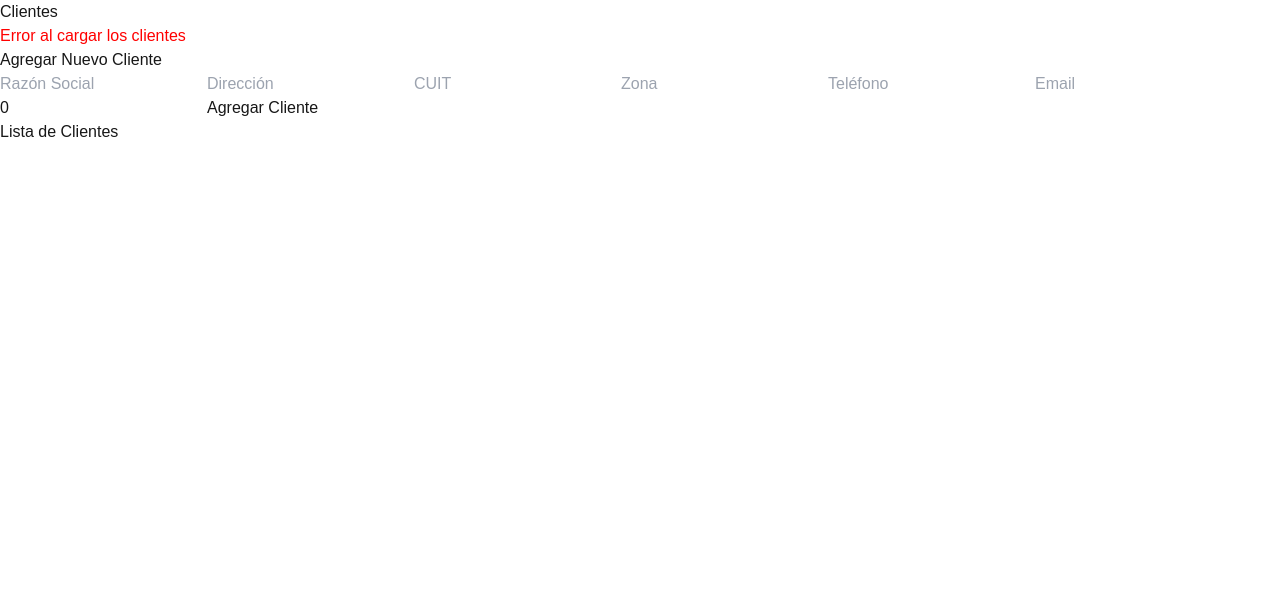
Repository: manucavallera/Sistema-Gestion
Page: /clientes
An editor plug-in stored every save of this project. The page is shown before and after the next save, followed by the edit.
The browser window is 1280 px wide. The pictures show the whole page.
The page's requests for data from a server got no answer. The project was rebuilt for these pictures with package versions that can differ from the ones it lists, and the page was loaded fresh each time. The framework's server and built-in components were replaced by stand-ins that run in the browser. No one was signed in, and anything a server would have sent is missing. Also part of the build but not shown: next.config.mjs.

Above is the page before, as saved 2024-11-12 17:43:05.

### src/app/clientes/page.tsx
"use client";
import { useEffect, useState } from "react";
import { useRouter } from "next/router";

interface Cliente {
  id: number;
  razonSocial: string;
  direccion: string;
  cuit: string;
  zona: string;
  telefono?: string;
  email?: string;
  saldo: number;
}

const ClientesPage = () => {
  const [clientes, setClientes] = useState<Cliente[]>([]);
  const [clienteActual, setClienteActual] = useState<Partial<Cliente> | null>(
    null
  );
  const [error, setError] = useState<string | null>(null);
  const router = useRouter();

  // Función para obtener la lista de clientes
  const fetchClientes = async () => {
    try {
      const response = await fetch("/api/clientes");
      if (!response.ok) {
        throw new Error("Error al obtener clientes");
      }
      const data = await response.json();
      setClientes(data);
    } catch (error) {
      console.error(error);
      setError("Error al cargar los clientes");
    }
  };

  // Efecto para cargar los clientes al montar el componente
  useEffect(() => {
    fetchClientes();
  }, []);

  // Función para manejar el envío del formulario
  const handleSubmit = async (e: React.FormEvent) => {
    e.preventDefault();
    setError(null);

    try {
      const method = clienteActual?.id ? "PUT" : "POST";
      const url = clienteActual?.id
        ? `/api/clientes/${clienteActual.id}`
        : "/api/clientes";

      const response = await fetch(url, {
        method,
        headers: {
          "Content-Type": "application/json",
        },
        body: JSON.stringify(clienteActual),
      });

      if (!response.ok) {
        const errorData = await response.json();
        throw new Error(errorData.error || "Error al guardar el cliente");
      }

      const clienteGuardado = await response.json();
      if (method === "POST") {
        setClientes([...clientes, clienteGuardado]); // Agregar el nuevo cliente a la lista
      } else {
        // Actualizar el cliente existente en la lista
        setClientes(
          clientes.map((cliente) =>
            cliente.id === clienteGuardado.id ? clienteGuardado : cliente
          )
        );
      }

      setClienteActual(null); // Reiniciar el formulario
    } catch (error) {
      console.error(error);
      setError(error.message);
    }
  };

  // Función para eliminar un cliente
  const eliminarCliente = async (id: number) => {
    if (confirm("¿Estás seguro de que deseas eliminar este cliente?")) {
      try {
        const response = await fetch(`/api/clientes/${id}`, {
          method: "DELETE",
        });

        if (!response.ok) {
          const errorData = await response.json();
          throw new Error(errorData.error || "Error al eliminar el cliente");
        }

        setClientes(clientes.filter((cliente) => cliente.id !== id)); // Actualizar la lista de clientes
      } catch (error) {
        console.error(error);
        setError(error.message);
      }
    }
  };

  // Función para editar un cliente
  const editarCliente = (cliente: Cliente) => {
    setClienteActual(cliente);
  };

  return (
    <div>
      <h1>Clientes</h1>
      {error && <p style={{ color: "red" }}>{error}</p>}

      <h2>{clienteActual ? "Editar Cliente" : "Agregar Nuevo Cliente"}</h2>
      <form onSubmit={handleSubmit}>
        <input
          type='text'
          placeholder='Razón Social'
          value={clienteActual?.razonSocial || ""}
          onChange={(e) =>
            setClienteActual({ ...clienteActual, razonSocial: e.target.value })
          }
          required
        />
        <input
          type='text'
          placeholder='Dirección'
          value={clienteActual?.direccion || ""}
          onChange={(e) =>
            setClienteActual({ ...clienteActual, direccion: e.target.value })
          }
          required
        />
        <input
          type='text'
          placeholder='CUIT'
          value={clienteActual?.cuit || ""}
          onChange={(e) =>
            setClienteActual({ ...clienteActual, cuit: e.target.value })
          }
          required
        />
        <input
          type='text'
          placeholder='Zona'
          value={clienteActual?.zona || ""}
          onChange={(e) =>
            setClienteActual({ ...clienteActual, zona: e.target.value })
          }
          required
        />
        <input
          type='text'
          placeholder='Teléfono'
          value={clienteActual?.telefono || ""}
          onChange={(e) =>
            setClienteActual({ ...clienteActual, telefono: e.target.value })
          }
        />
        <input
          type='email'
          placeholder='Email'
          value={clienteActual?.email || ""}
          onChange={(e) =>
            setClienteActual({ ...clienteActual, email: e.target.value })
          }
        />
        <input
          type='number'
          placeholder='Saldo'
          value={clienteActual?.saldo || 0}
          onChange={(e) =>
            setClienteActual({
              ...clienteActual,
              saldo: Number(e.target.value),
            })
          }
          required
        />
        <button type='submit'>
          {clienteActual ? "Actualizar Cliente" : "Agregar Cliente"}
        </button>
      </form>

      <h2>Lista de Clientes</h2>
      <ul>
        {clientes.map((cliente) => (
          <li key={cliente.id}>
            {cliente.razonSocial} - {cliente.direccion}
            <button onClick={() => editarCliente(cliente)}>Editar</button>
            <button onClick={() => eliminarCliente(cliente.id)}>
              Eliminar
            </button>
          </li>
        ))}
      </ul>
    </div>
  );
};

export default ClientesPage;

Loaded but not shown: src/app/layout.tsx (common file); src/app/globals.css (common file); tailwind.config.ts (common file)

After the next save:
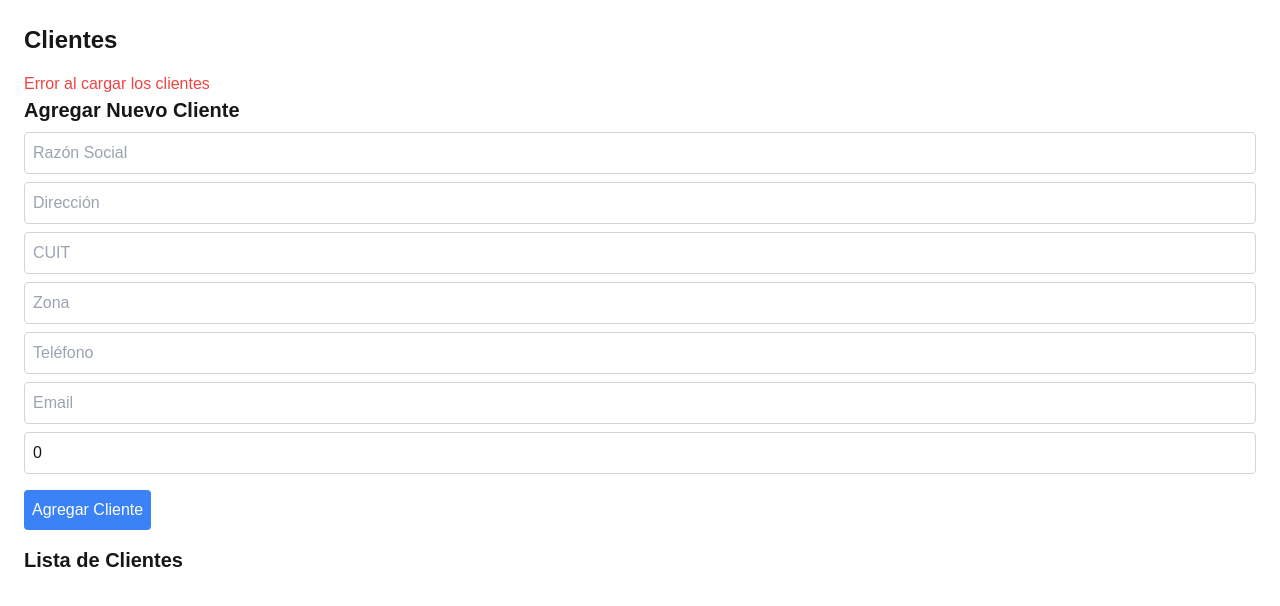
Saved 2 min 4 s later.
--- a/src/app/clientes/page.tsx
+++ b/src/app/clientes/page.tsx
@@ -21,7 +21,6 @@ const ClientesPage = () => {
   const [error, setError] = useState<string | null>(null);
   const router = useRouter();
 
-  // Función para obtener la lista de clientes
   const fetchClientes = async () => {
     try {
       const response = await fetch("/api/clientes");
@@ -36,12 +35,10 @@ const ClientesPage = () => {
     }
   };
 
-  // Efecto para cargar los clientes al montar el componente
   useEffect(() => {
     fetchClientes();
   }, []);
 
-  // Función para manejar el envío del formulario
   const handleSubmit = async (e: React.FormEvent) => {
     e.preventDefault();
     setError(null);
@@ -67,9 +64,8 @@ const ClientesPage = () => {
 
       const clienteGuardado = await response.json();
       if (method === "POST") {
-        setClientes([...clientes, clienteGuardado]); // Agregar el nuevo cliente a la lista
+        setClientes([...clientes, clienteGuardado]);
       } else {
-        // Actualizar el cliente existente en la lista
         setClientes(
           clientes.map((cliente) =>
             cliente.id === clienteGuardado.id ? clienteGuardado : cliente
@@ -77,14 +73,13 @@ const ClientesPage = () => {
         );
       }
 
-      setClienteActual(null); // Reiniciar el formulario
+      setClienteActual(null);
     } catch (error) {
       console.error(error);
-      setError(error.message);
+      setError(error instanceof Error ? error.message : "Error desconocido");
     }
   };
 
-  // Función para eliminar un cliente
   const eliminarCliente = async (id: number) => {
     if (confirm("¿Estás seguro de que deseas eliminar este cliente?")) {
       try {
@@ -97,26 +92,27 @@ const ClientesPage = () => {
           throw new Error(errorData.error || "Error al eliminar el cliente");
         }
 
-        setClientes(clientes.filter((cliente) => cliente.id !== id)); // Actualizar la lista de clientes
+        setClientes(clientes.filter((cliente) => cliente.id !== id));
       } catch (error) {
         console.error(error);
-        setError(error.message);
+        setError(error instanceof Error ? error.message : "Error desconocido");
       }
     }
   };
 
-  // Función para editar un cliente
   const editarCliente = (cliente: Cliente) => {
     setClienteActual(cliente);
   };
 
   return (
-    <div>
-      <h1>Clientes</h1>
-      {error && <p style={{ color: "red" }}>{error}</p>}
-
-      <h2>{clienteActual ? "Editar Cliente" : "Agregar Nuevo Cliente"}</h2>
-      <form onSubmit={handleSubmit}>
+    <div className='p-6'>
+      <h1 className='text-2xl font-bold mb-4'>Clientes</h1>
+      {error && <p className='text-red-500'>{error}</p>}
+
+      <h2 className='text-xl font-semibold mb-2'>
+        {clienteActual ? "Editar Cliente" : "Agregar Nuevo Cliente"}
+      </h2>
+      <form onSubmit={handleSubmit} className='mb-4'>
         <input
           type='text'
           placeholder='Razón Social'
@@ -125,6 +121,7 @@ const ClientesPage = () => {
             setClienteActual({ ...clienteActual, razonSocial: e.target.value })
           }
           required
+          className='border border-gray-300 p-2 rounded mb-2 w-full'
         />
         <input
           type='text'
@@ -134,6 +131,7 @@ const ClientesPage = () => {
             setClienteActual({ ...clienteActual, direccion: e.target.value })
           }
           required
+          className='border border-gray-300 p-2 rounded mb-2 w-full'
         />
         <input
           type='text'
@@ -143,6 +141,7 @@ const ClientesPage = () => {
             setClienteActual({ ...clienteActual, cuit: e.target.value })
           }
           required
+          className='border border-gray-300 p-2 rounded mb-2 w-full'
         />
         <input
           type='text'
@@ -152,6 +151,7 @@ const ClientesPage = () => {
             setClienteActual({ ...clienteActual, zona: e.target.value })
           }
           required
+          className='border border-gray-300 p-2 rounded mb-2 w-full'
         />
         <input
           type='text'
@@ -160,6 +160,7 @@ const ClientesPage = () => {
           onChange={(e) =>
             setClienteActual({ ...clienteActual, telefono: e.target.value })
           }
+          className='border border-gray-300 p-2 rounded mb-2 w-full'
         />
         <input
           type='email'
@@ -168,6 +169,7 @@ const ClientesPage = () => {
           onChange={(e) =>
             setClienteActual({ ...clienteActual, email: e.target.value })
           }
+          className='border border-gray-300 p-2 rounded mb-2 w-full'
         />
         <input
           type='number'
@@ -180,21 +182,37 @@ const ClientesPage = () => {
             })
           }
           required
-        />
-        <button type='submit'>
+          className='border border-gray-300 p-2 rounded mb-4 w-full'
+        />
+        <button type='submit' className='bg-blue-500 text-white p-2 rounded'>
           {clienteActual ? "Actualizar Cliente" : "Agregar Cliente"}
         </button>
       </form>
 
-      <h2>Lista de Clientes</h2>
-      <ul>
+      <h2 className='text-xl font-semibold mb-2'>Lista de Clientes</h2>
+      <ul className='list-disc pl-5'>
         {clientes.map((cliente) => (
-          <li key={cliente.id}>
-            {cliente.razonSocial} - {cliente.direccion}
-            <button onClick={() => editarCliente(cliente)}>Editar</button>
-            <button onClick={() => eliminarCliente(cliente.id)}>
-              Eliminar
-            </button>
+          <li
+            key={cliente.id}
+            className='flex justify-between items-center mb-2'
+          >
+            <span>
+              {cliente.razonSocial} - {cliente.direccion}
+            </span>
+            <div>
+              <button
+                onClick={() => editarCliente(cliente)}
+                className='bg-yellow-500 text-white p-1 rounded mr-2'
+              >
+                Editar
+              </button>
+              <button
+                onClick={() => eliminarCliente(cliente.id)}
+                className='bg-red-500 text-white p-1 rounded'
+              >
+                Eliminar
+              </button>
+            </div>
           </li>
         ))}
       </ul>
